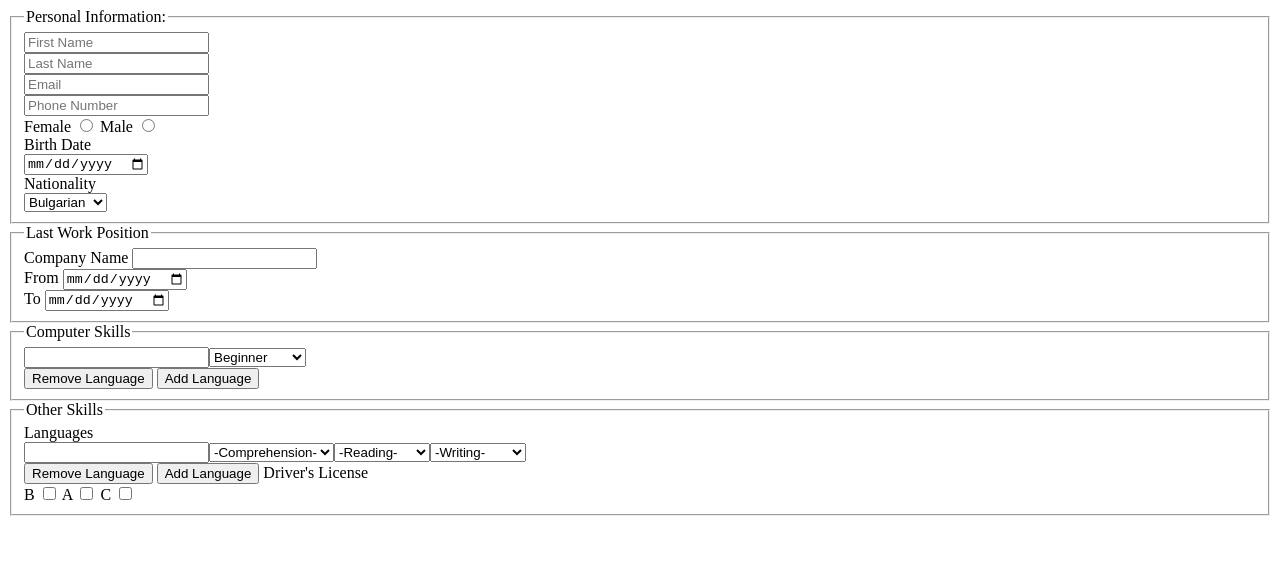
Repository: zhanivanov/PHP_Basics_Course_Homework
Page: http://localhost/5.CVGenerator/CVGenerator.php
These files come from the project's save history. The page is drawn as it stood at one moment and after the next save; the edit follows.
The browser window is 1280 px wide. The pictures show the whole page.
The page is run by PHP 8.4 with error messages shown; the project is at /var/www/html/.

Above is the page before, as saved 2014-08-21 16:21:33.

After the next save:
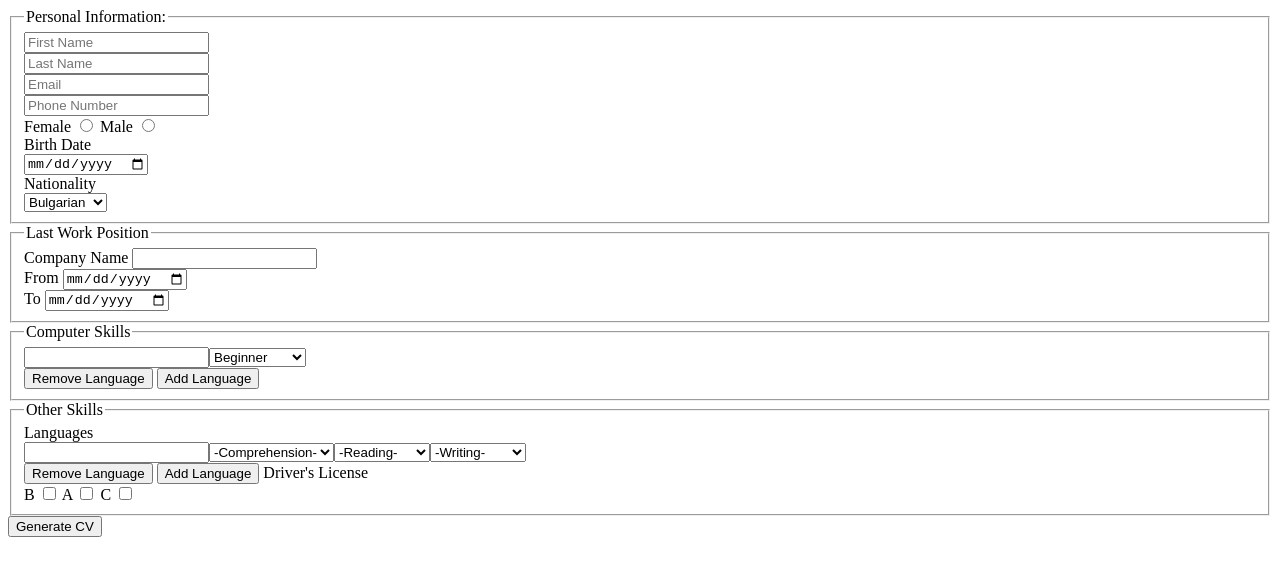
Saved 3 min 3 s later.
--- a/PHP_Working_With_Forms/5.CVGenerator/CVGenerator.php
+++ b/PHP_Working_With_Forms/5.CVGenerator/CVGenerator.php
@@ -128,6 +128,7 @@
                 <label for="c">C</label>
                 <input type="checkbox" name="license[]" id="c"/>
 			</fieldset>
+			<input type="submit" value="Generate CV" />
         </form>
     </body>
 </html>
